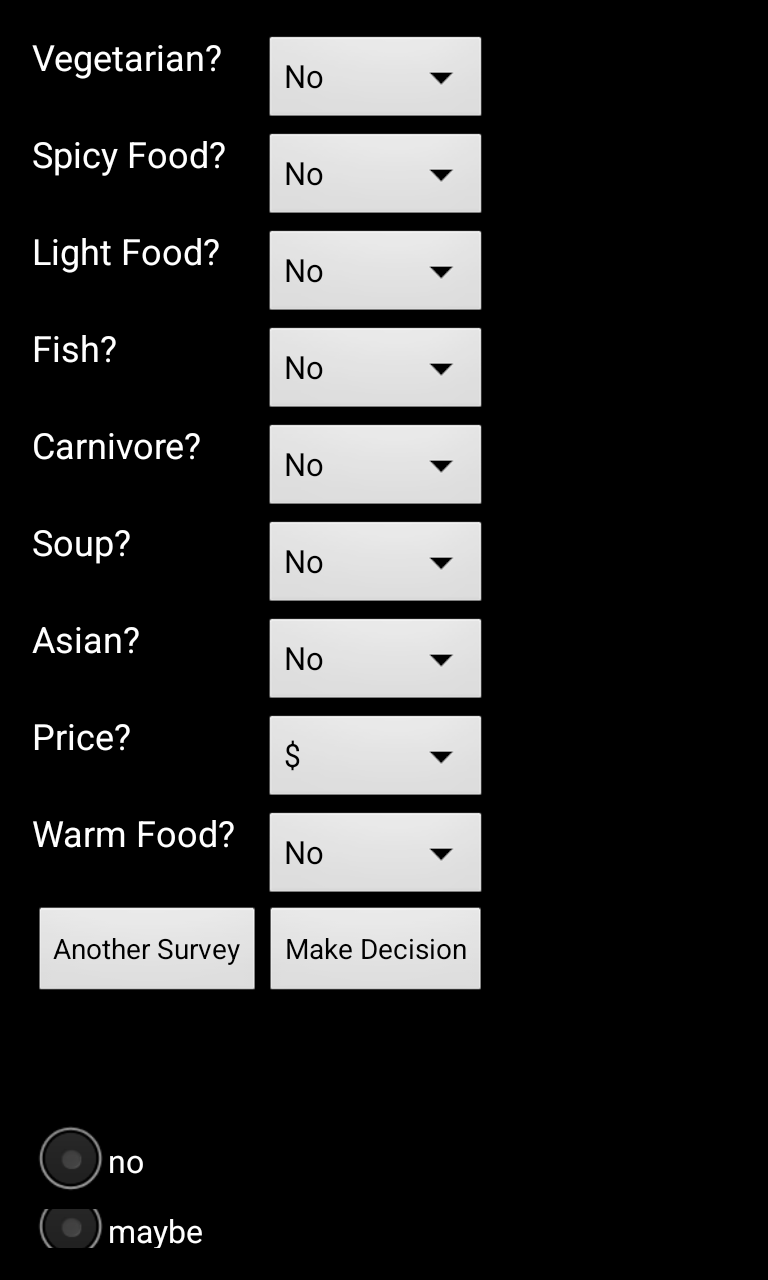
Repository: imhossu/FeedJulia
Layout: FeedJulia/res/layout/activity_survey.xml
An editor plug-in stored every save of this project. The layout is shown before and after the next save, followed by the edit.
It is drawn on a 768 x 1280 px phone screen (xhdpi) without system bars, with theme android:Theme.NoTitleBar; the app's code is not run.

Above is the layout before, as saved 2014-01-26 08:57:43.

After the next save:
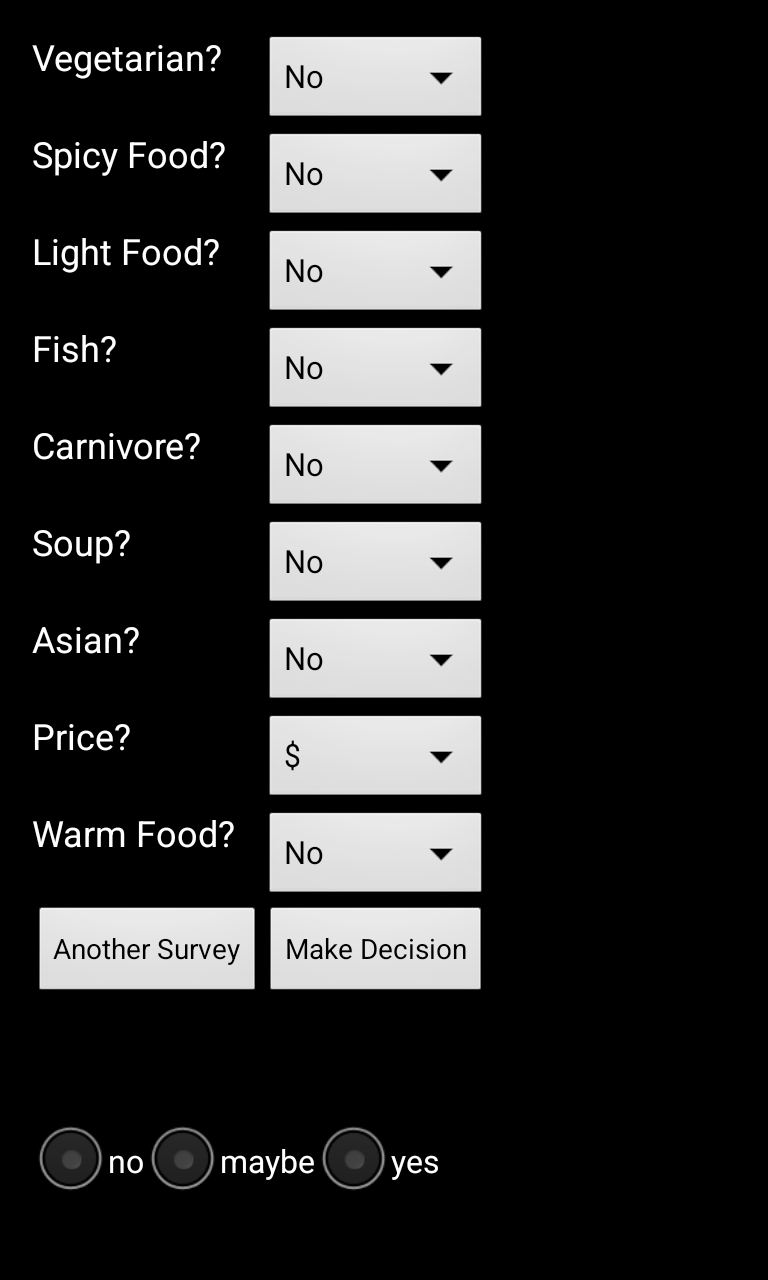
Saved 45 s later.
--- a/FeedJulia/res/layout/activity_survey.xml
+++ b/FeedJulia/res/layout/activity_survey.xml
@@ -218,12 +218,12 @@
         <RadioGroup
     		android:layout_width="fill_parent"
     		android:layout_height="wrap_content"
-    		android:orientation="vertical">
-    	<RadioButton android:id="@+id/no"
-        	android:layout_width="wrap_content"
-        	android:layout_height="wrap_content"
-        	android:text="no"
-        	android:onClick="onRadioButtonClicked"/>
+    		android:orientation="horizontal">
+    		<RadioButton android:id="@+id/no"
+        		android:layout_width="wrap_content"
+        		android:layout_height="wrap_content"
+        		android:text="no"
+        		android:onClick="onRadioButtonClicked"/>
     	<RadioButton android:id="@+id/maybe"
         	android:layout_width="wrap_content"
         	android:layout_height="wrap_content"
